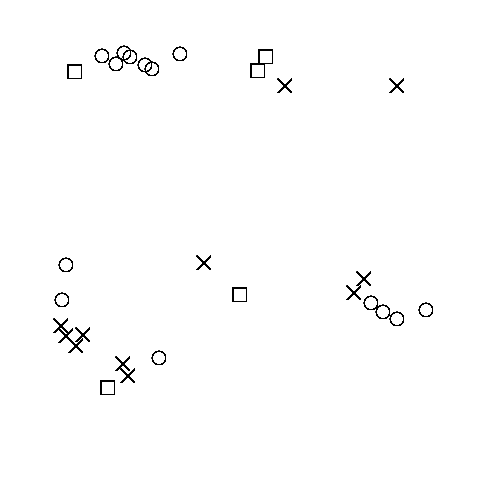
Repository: benceluzsinszky/rock-paper-scissors-simulation-pygame
Script's output: python main.py
These files come from the project's save history. The script's output is drawn as it stood at one moment and after a run of saves; the edit follows.
The window is shown after at most 60 frames with no key pressed. Random numbers start from a fixed seed. It also reads sprites/paper.png, sprites/rock.png, sprites/scissors.png.

Above is the script's output before, as saved 2023-04-24 22:10:05.

### main.py
import pygame
import sys
import random

from sprites import Sprite


class Game():
    """
    This class initializes the Pygame module and creates the game screen.
    """

    def __init__(self) -> None:
        """
        Initializes Pygame module and creates game screen.
        """
        pygame.init()

        self.clock = pygame.time.Clock()

        pygame.display.set_caption("Rock Paper Scissors")

        self.screen = pygame.display.set_mode((500, 500))

        self.rocks = pygame.sprite.Group()
        self.papers = pygame.sprite.Group()
        self.scissors = pygame.sprite.Group()

        self.sprite_groups = [self.rocks, self.papers, self.scissors]

        self.create_sprites("rock", self.rocks)
        self.create_sprites("paper", self.papers)
        self.create_sprites("scissors", self.scissors)

    def run_game(self):
        """
        Starts the game loop that continues until the user exits the game.
        """
        while True:
            self.check_events()
            # self.rocks.sprites()[0].eat(self.scissors)
            self.move_sprites(self.rocks, self.scissors, self.papers)
            self.move_sprites(self.scissors, self.papers, self.rocks)
            self.move_sprites(self.papers, self.rocks, self.scissors)
            self.check_collisions()
            self.update_screen()
            self.clock.tick(60)

    def update_screen(self):
        """
        Updates the game screen with new information.
        """
        self.screen.fill((255, 255, 255))

        for group in self.sprite_groups:
            for sprite in group:
                sprite.blit_sprite()

        pygame.display.flip()

    def check_events(self):
        """
        Checks for user input events such as key presses or window close events.
        """
        for event in pygame.event.get():
            if event.type == pygame.QUIT:
                pygame.quit()
                sys.exit()
            elif event.type == pygame.KEYDOWN:
                if event.key == pygame.K_ESCAPE:
                    self.running = False

    def collision(self, winner, loser, type):
        collision = pygame.sprite.groupcollide(winner, loser, False, True)

        if collision:
            dead_sprite_rect_x = list(collision.values())[0][0].rect.x
            dead_sprite_rect_y = list(collision.values())[0][0].rect.y
            # list(collision.keys())[0].closest_food_distance = float("inf")
            sprite = Sprite(self, type, (dead_sprite_rect_x, dead_sprite_rect_y))
            winner.add(sprite)

    def check_collisions(self):
        self.collision(self.rocks, self.scissors, "rock")
        self.collision(self.scissors, self.papers, "scissors")
        self.collision(self.papers, self.rocks, "paper")

    def move_sprites(self, wathced_group, food, enemy):
        for sprite in wathced_group:
            sprite.action(food, enemy)

    def create_sprites(self, type, group):
        for _ in range(10):
            random_x = random.randint(10, 490)
            random_y = random.randint(10, 490)
            sprite = Sprite(self, type, (random_x, random_y))
            group.add(sprite)


if __name__ == "__main__":
    game = Game()
    game.run_game()

### sprites.py
import pygame
import math

from pygame.sprite import Sprite


class Sprite(Sprite):
    """
    Class that creats a Rock/Papaer/Scissor character.
    """
    def __init__(self, game, character=str, location=tuple) -> None:
        super().__init__()
        self.screen = game.screen
        self.image = pygame.image.load(f"sprites/{character}.png")
        self.image = pygame.transform.scale(self.image, (15, 15))
        self.image.set_colorkey((255, 255, 255))
        self.rect = self.image.get_rect()
        self.rect.x = location[0]
        self.rect.y = location[1]
        self.closest_food = None
        self.closest_food_distance = float("inf")
        self.closest_enemy = None
        self.closest_enemy_distance = float("inf")

    def blit_sprite(self):
        self.screen.blit(self.image, self.rect)

    def get_food_info(self, food):
        for sprite in food:
            distance = math.sqrt(
                (sprite.rect.centerx - self.rect.centerx)**2 + (sprite.rect.centery - self.rect.centery)**2)
            if distance < self.closest_food_distance:
                self.closest_food_distance = distance
                self.closest_food = sprite

    def eat(self, food):
        self.get_food_info(food)
        try:
            direction = pygame.math.Vector2(self.closest_food.rect.center) - pygame.math.Vector2(self.rect.center)
            try:
                direction.normalize_ip()
            except ValueError:
                pass
            if (
                self.rect.top > 0 and
                self.rect.bottom < 500 and
                self.rect.left > 0 and
                self.rect.right < 500
                 ):
                self.rect.move_ip(direction * 2)
        except AttributeError:
            pass
        self.closest_food_distance = float("inf")

    def get_enemy_info(self, enemy):
        for sprite in enemy:
            distance = math.sqrt((
                sprite.rect[0] - self.rect[1])**2 + (sprite.rect[1] - self.rect[1])**2)
            if distance < self.closest_enemy_distance:
                self.closest_enemy_distance = distance
                self.closest_enemy = sprite

    def run(self, enemy):
        self.get_enemy_info(enemy)
        direction = pygame.math.Vector2(self.closest_enemy.rect.center) - pygame.math.Vector2(self.rect.center)
        try:
            direction.normalize_ip()
        except ValueError:
            pass
        if (
            self.rect.top > 0 and
            self.rect.bottom < 500 and
            self.rect.left > 0 and
            self.rect.right < 500
             ):
            self.rect.move_ip(direction * -2)
        self.closest_enemy_distance = float("inf")

    def action(self, food, enemy):
        if self.closest_enemy_distance < self.closest_food_distance:
            self.run(enemy)
        else:
            self.eat(food)

After the next 5 saves:
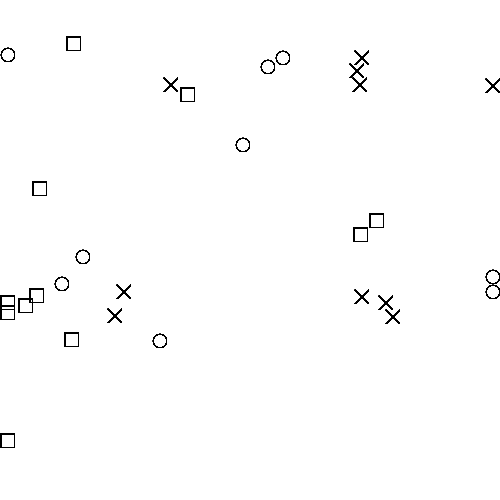
The 5 saves are shown as one change because they came seconds apart.
The last was saved 63 s later.
--- a/sprites.py
+++ b/sprites.py
@@ -61,7 +61,7 @@ class Sprite(Sprite):
                 self.closest_enemy = sprite
 
     def run(self, enemy):
-        self.get_enemy_info(enemy)
+
         direction = pygame.math.Vector2(self.closest_enemy.rect.center) - pygame.math.Vector2(self.rect.center)
         try:
             direction.normalize_ip()
@@ -77,6 +77,8 @@ class Sprite(Sprite):
         self.closest_enemy_distance = float("inf")
 
     def action(self, food, enemy):
+        self.get_food_info(food)
+        self.get_enemy_info(enemy)
         if self.closest_enemy_distance < self.closest_food_distance:
             self.run(enemy)
         else:
